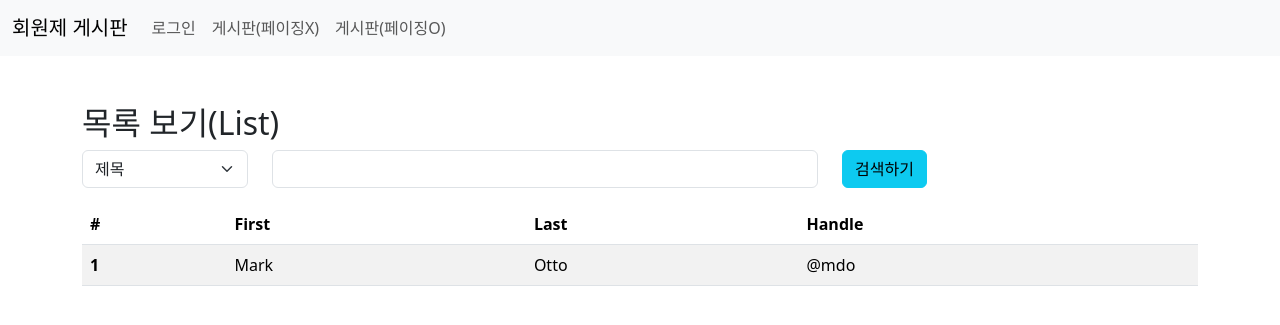
Repository: jungwoonAn/jsp_basic
Page: http://localhost/MustHaveJSP/BS_Board/List.jsp
The author's editor kept a copy of each file at every save. The page is drawn from the files as they stood at one save, then again after the next save.
The browser window is 1280 px wide. The pictures show the whole page.
The page is served by Tomcat 10. Other server files are loaded and not shown.

Above is the page before, as saved 2024-10-23 01:46:28.

### MustHaveJSP/src/main/webapp/BS_Board/List.jsp
<%@ page language="java" contentType="text/html; charset=UTF-8"
    pageEncoding="UTF-8"%>
<!DOCTYPE html>
<html>
<head>
<meta charset="UTF-8">
<title>회원제 게시판</title>
<link rel="stylesheet" href="https://cdn.jsdelivr.net/npm/bootstrap@5.3.3/dist/css/bootstrap.min.css">
</head>
<body>
	<jsp:include page="../Common/BSLink.jsp" />

	<div class="container">
		<h2 class="mt-5">목록 보기(List)</h2>
		<!-- 검색 폼 -->
		<!-- form태그에 action이 없으면 어디로?? => 직전화면으로 이동 -->
		<form method="get">
			<div class="mb-3 row">
				<div class="col-2">
					<select class="form-select" name="searchField">
					    <option value="title" selected>제목</option>
					    <option value="content">내용</option>
					</select>
				</div>
				<div class="col-6">
					<input type="text" class="form-control" name="searchWord">
				</div>
				<div class="col-2">
					<button type="submit" class="btn btn-info">검색하기</button>
				</div>
			</div>
		</form>

		<form method="get">
			<table class="table table-striped">
				<thead>
				    <tr>
					      <th scope="col">#</th>
					      <th scope="col">First</th>
					      <th scope="col">Last</th>
					      <th scope="col">Handle</th>
				    </tr>
				</thead>
				<tbody>
				    <tr>
					      <th scope="row">1</th>
					      <td>Mark</td>
					      <td>Otto</td>
					      <td>@mdo</td>
				    </tr>
				</tbody>
			</table>
		</form>
	</div>

	<script src="https://cdn.jsdelivr.net/npm/@popperjs/core@2.11.8/dist/umd/popper.min.js"></script>
	<script src="https://cdn.jsdelivr.net/npm/bootstrap@5.3.3/dist/js/bootstrap.min.js"></script>
</body>
</html>

### MustHaveJSP/src/main/webapp/Common/BSLink.jsp
<%@ page language="java" contentType="text/html; charset=UTF-8"
    pageEncoding="UTF-8"%>
<nav class="navbar navbar-expand-lg bg-body-tertiary">
  <div class="container-fluid">
    <a class="navbar-brand" href="List.jsp">회원제 게시판</a>
    <button class="navbar-toggler" type="button" data-bs-toggle="collapse" data-bs-target="#navbarNav" aria-controls="navbarNav" aria-expanded="false" aria-label="Toggle navigation">
      <span class="navbar-toggler-icon"></span>
    </button>
    <div class="collapse navbar-collapse" id="navbarNav">
      <ul class="navbar-nav">
        <!-- 로그인 여부에 따른 메뉴 변화 -->
		<% if(session.getAttribute("UserId")==null) {
		%>
			<li class="nav-item">
	          <a class="nav-link" href="../Common/LoginForm.jsp">로그인</a>
	        </li>
		<%
		}else {
		%>
			<li class="nav-item">
	          <a class="nav-link" href="../Common/Logout.jsp">로그아웃</a>
	        </li>
		<%
		}
		%>
        <li class="nav-item">
          <a class="nav-link" href="../BS_Board/List.jsp">게시판(페이징X)</a>
        </li>
        <li class="nav-item">
          <a class="nav-link" href="../09_PagingBoard/List.jsp">게시판(페이징O)</a>
        </li>
      </ul>
    </div>
  </div>
</nav>

After the next save:
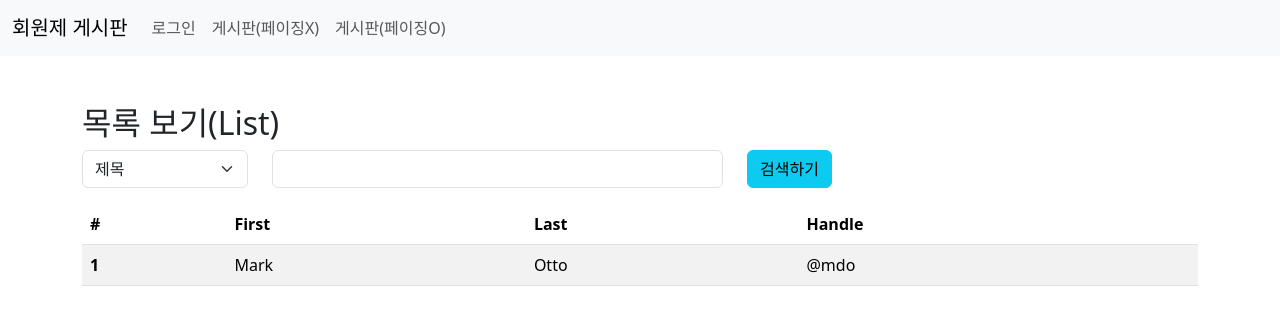
Saved 42 s later.
--- a/MustHaveJSP/src/main/webapp/BS_Board/List.jsp
+++ b/MustHaveJSP/src/main/webapp/BS_Board/List.jsp
@@ -22,7 +22,7 @@
 					    <option value="content">내용</option>
 					</select>
 				</div>
-				<div class="col-6">
+				<div class="col-5">
 					<input type="text" class="form-control" name="searchWord">
 				</div>
 				<div class="col-2">
